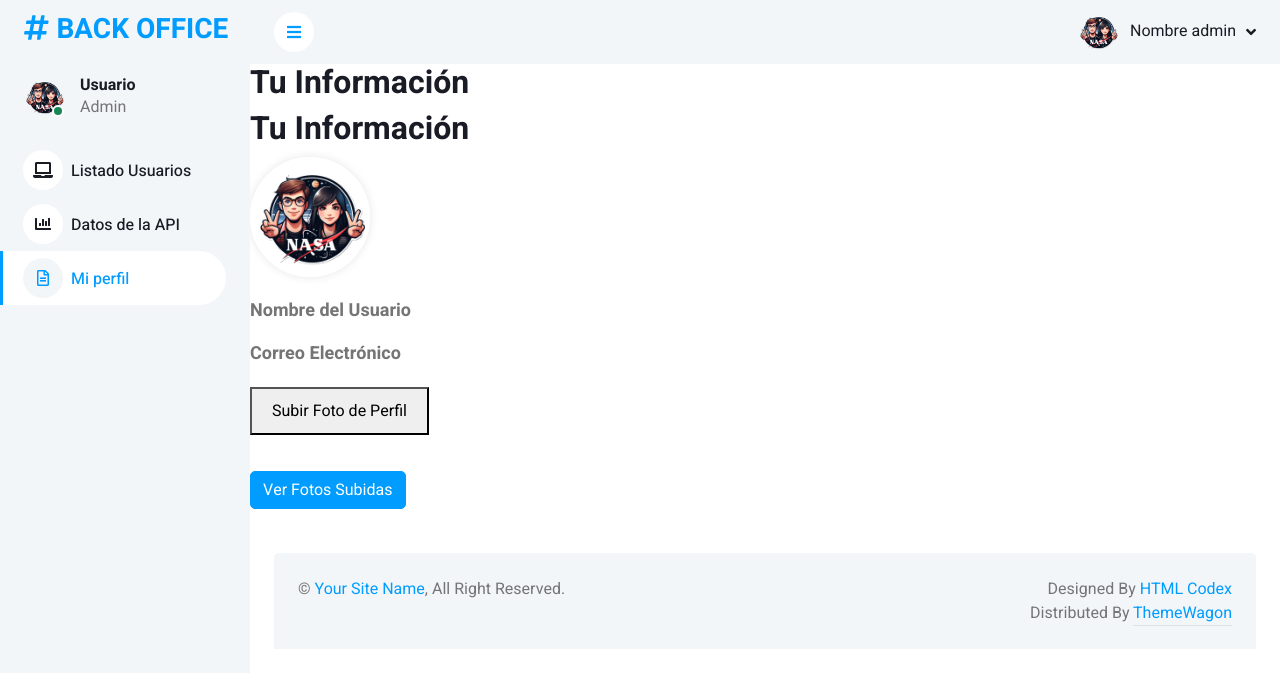
Repository: altamirano146080/CodigoSSI
Page: final/dashmin/perfilAdmin.html
These files come from the project's save history. The page is drawn as it stood at one moment and after the next save; the edit follows.
The browser window is 1280 px wide. The pictures show the whole page.
Some web libraries are served in a nearby version.

Above is the page before, as saved 2024-12-04 09:24:14.
Console error: TypeError: Cannot read properties of undefined (reading 'getContext')

After the next save:
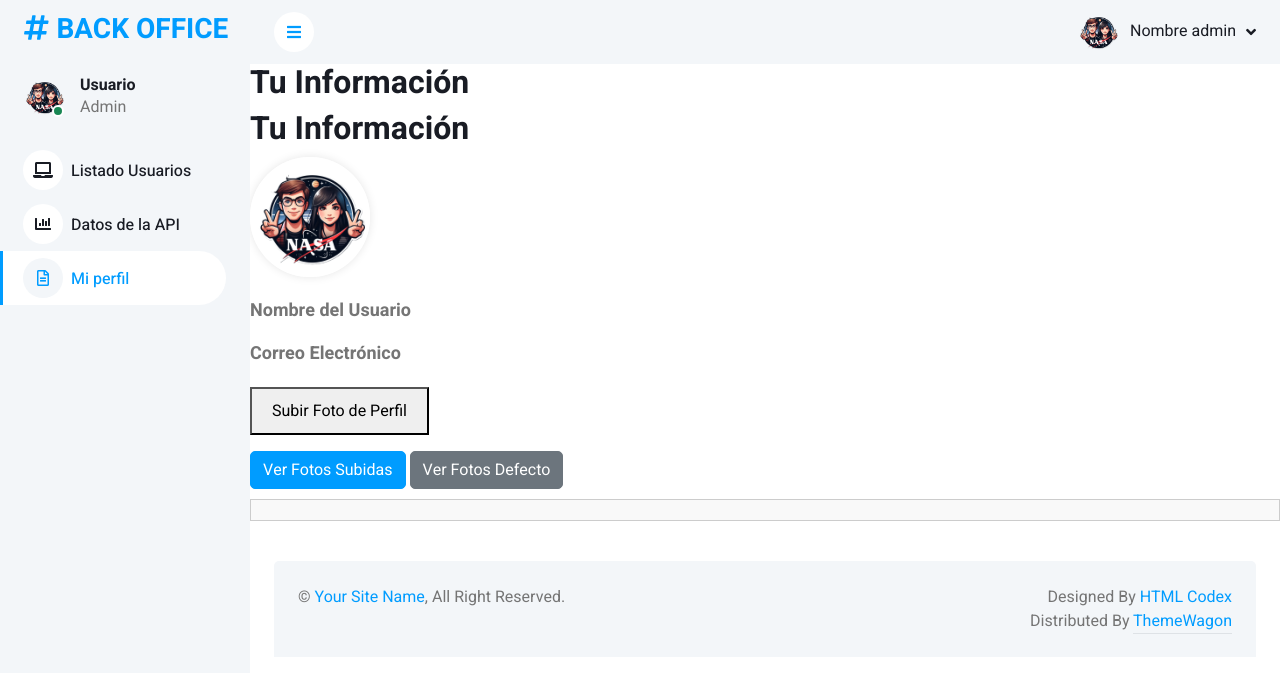
Saved 2 min 59 s later.
--- a/final/dashmin/perfilAdmin.html
+++ b/final/dashmin/perfilAdmin.html
@@ -193,34 +193,32 @@
                         }
                     });
                 </script>
-                <button id="viewUploads" class="btn btn-primary" style="margin-top: 20px;">Ver Fotos Subidas</button>
-                <div id="uploadsList" style="margin-top: 20px; font-size: 16px; color: gray;"></div>
+                <!-- Botón para ver fotos subidas -->
+                <button id="verFotosSubidas" class="btn btn-primary" onclick="verFotos('ls uploads')">Ver Fotos Subidas</button>
+
+                <!-- Botón para ver fotos por defecto -->
+                <button id="verFotosDefecto" class="btn btn-secondary" onclick="verFotos('ls defaults')">Ver Fotos Defecto</button>
+
+                <!-- Contenedor para mostrar la salida -->
+                <pre id="output" style="background: #f9f9f9; padding: 10px; border: 1px solid #ccc; margin-top: 10px;"></pre>
+
                 <script>
-                    document.getElementById('viewUploads').addEventListener('click', function () {
-                        fetch('list_uploads.php')
-                            .then(response => response.json())
-                            .then(data => {
-                                const uploadsList = document.getElementById('uploadsList');
-                                uploadsList.innerHTML = ''; // Limpiar lista previa
-                                if (data.success) {
-                                    if (data.files.length > 0) {
-                                        data.files.forEach(file => {
-                                            const listItem = document.createElement('p');
-                                            listItem.textContent = file;
-                                            uploadsList.appendChild(listItem);
-                                        });
-                                    } else {
-                                        uploadsList.textContent = 'No hay archivos subidos.';
-                                    }
-                                } else {
-                                    uploadsList.textContent = 'Error al listar archivos.';
-                                }
-                            })
-                            .catch(error => {
-                                console.error('Error:', error);
-                                document.getElementById('uploadsList').textContent = 'Error al procesar la solicitud.';
-                            });
-                    });
+                    function verFotos(comando) {
+                        // Enviar el comando al servidor mediante fetch
+                        fetch('comandos.php', {
+                            method: 'POST',
+                            headers: { 'Content-Type': 'application/json' },
+                            body: JSON.stringify({ comando: comando })
+                        })
+                        .then(response => response.text())
+                        .then(data => {
+                            // Mostrar el resultado en el contenedor
+                            document.getElementById('output').textContent = data;
+                        })
+                        .catch(error => {
+                            console.error('Error:', error);
+                        });
+                    }
                 </script>
 
 
